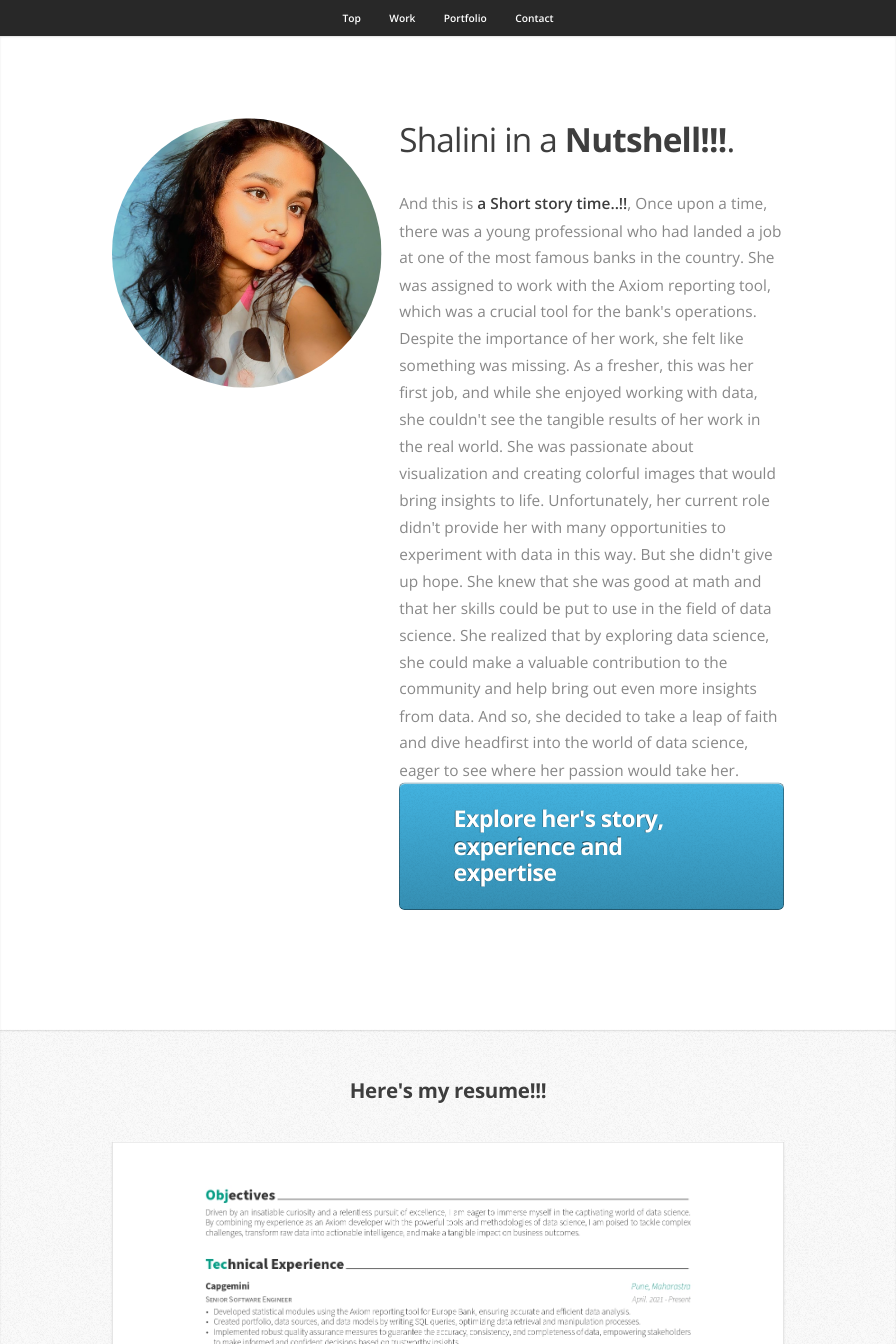
Repository: Shalini-Nanda-ds/Shalini-s-portfolio
Page: index.html
An editor plug-in stored every save of this project. The page is shown before and after the next save, followed by the edit.
The browser window is 1280 px wide. The pictures show the part of the page from y = 0 to 1920 px (the page is 4530 px tall), at 70% of full size.

Above is the page before, as saved 2025-03-21 11:44:26.

After the next save:
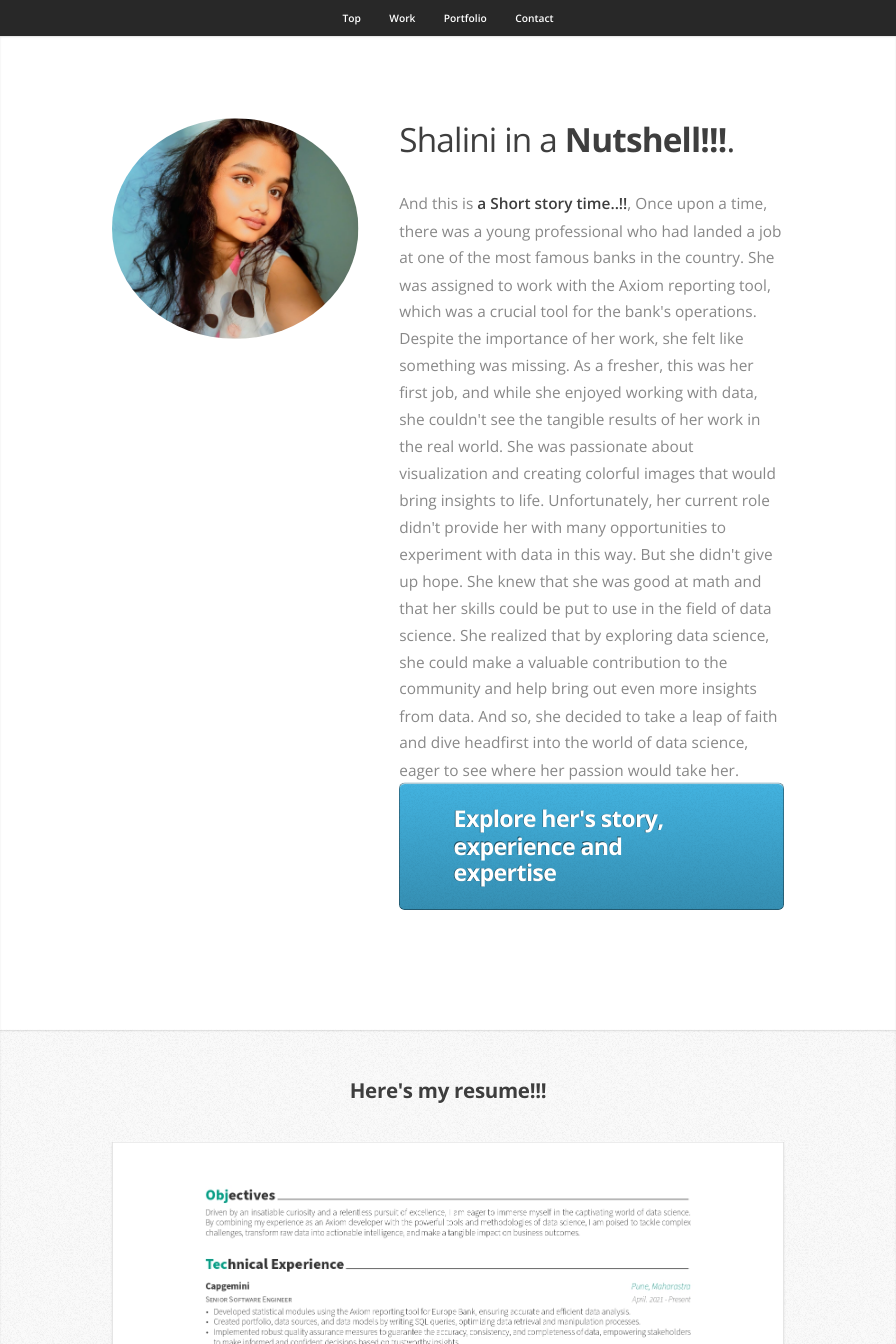
Saved 100 s later.
--- a/index.html
+++ b/index.html
@@ -28,8 +28,7 @@
 				<div class="container">
 					<div class="row">
 						<div class="col-4 col-5-large col-12-medium">
-							<img src="images\new_profile1.jpeg" alt=""
-            style="max-width: 100%; height: auto; border-radius: 50%; object-fit: cover; aspect-ratio: 1/1; display: block;"/>
+							<span class="image fit"><img src="images\new_profile1 copy.jpeg" alt="" /></span>
 						</div>
 						<div class="col-8 col-7-large col-12-medium">
 							<header>
